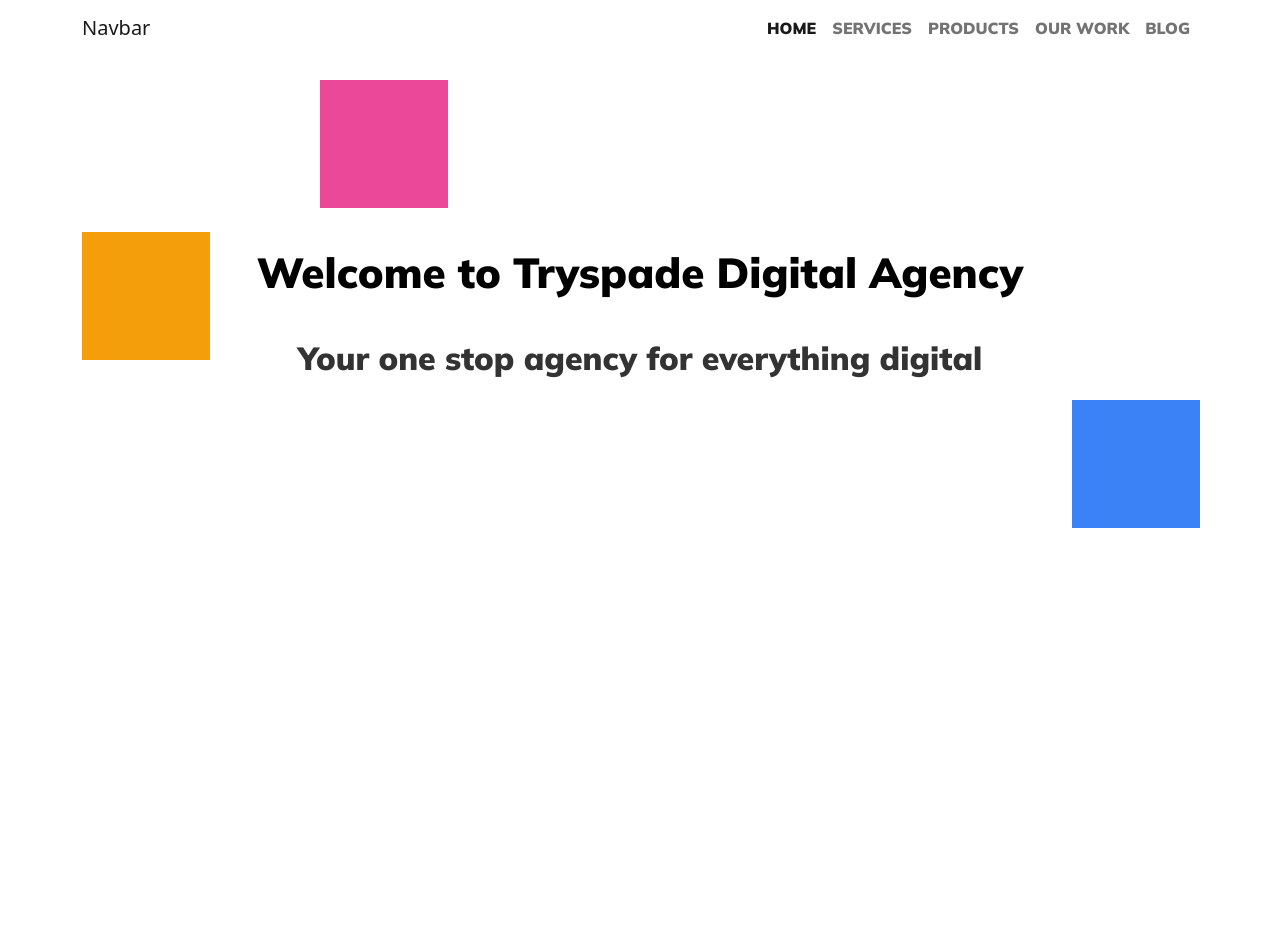
Repository: latenightsnacc/super-octo-fortnight
Page: index.html
The author's editor kept a copy of each file at every save. The page is drawn from the files as they stood at one save, then again after the next save.
The browser window is 1280 px wide. The pictures show the whole page.
Some web libraries are served in a nearby version. The style sheet was rebuilt from its Sass, Less or Tailwind sources for each picture, by a compiler version that may differ from the author's.

Above is the page before, as saved 2021-01-29 12:27:05.

After the next save:
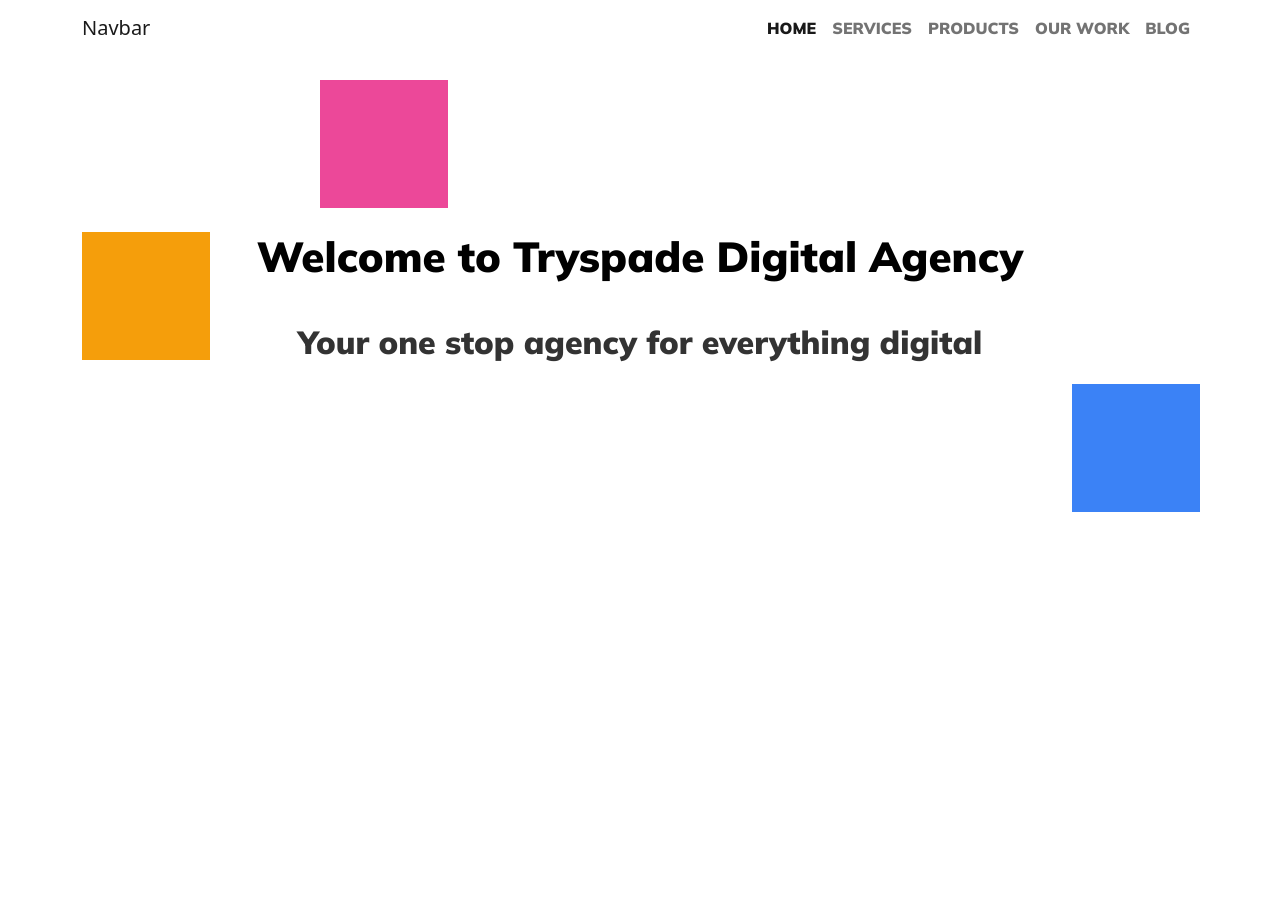
Saved 24 s later.
--- a/index.html
+++ b/index.html
@@ -51,7 +51,7 @@
                 </div>
             </nav>
         </header>
-        <section id="banner" class="bg-white w-full mt-52">
+        <section id="banner" class="bg-white w-full mt-48">
             <div class="container">
                 <div class="relative flex flex-col items-center h-auto"></div>
                     <h1 class="z-50 text-black text-center">Welcome to Tryspade Digital Agency</h1>
